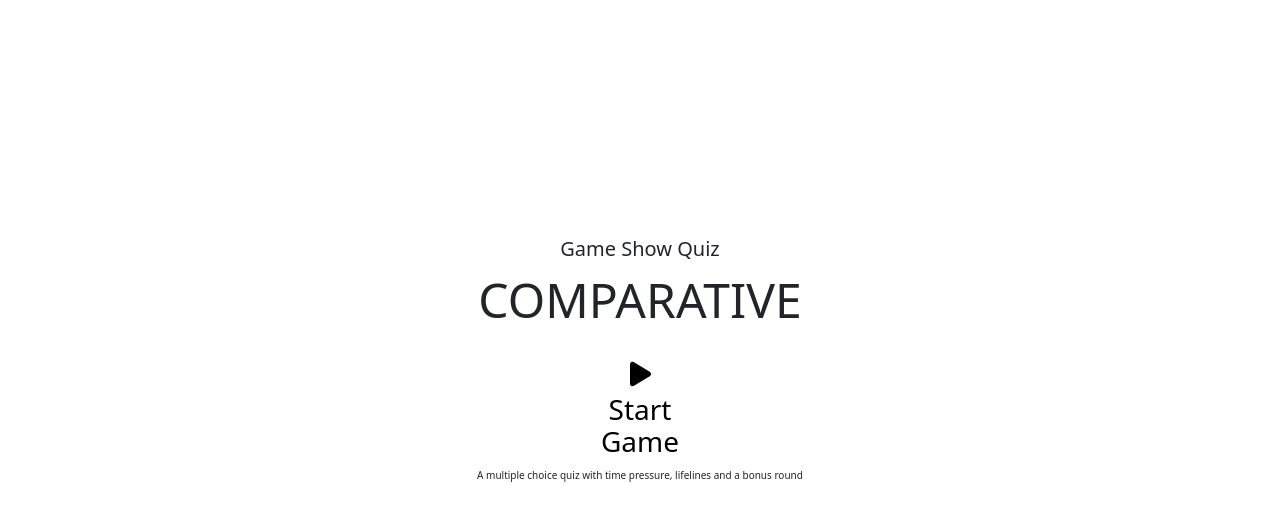
Repository: litaiqiang1407/comparative-gq
Page: /
An editor plug-in stored every save of this project. The page is shown before and after the next save, followed by the edit.
The browser window is 1280 px wide. The pictures show the whole page.
The project was rebuilt for these pictures with package versions that can differ from the ones it lists, and the page was loaded fresh each time. Also part of the build but not shown: vue.config.js.

Above is the page before, as saved 2024-06-20 19:48:52.

### public/index.html
<!DOCTYPE html>
<html lang="">
  <head>
    <meta charset="utf-8" />
    <meta http-equiv="X-UA-Compatible" content="IE=edge" />
    <meta name="viewport" content="width=device-width,initial-scale=1.0" />
    <link rel="icon" href="<%= BASE_URL %>favicon.ico" />
    <title>Comparative Game show Quiz</title>
  </head>
  <body>
    <div id="app"></div>
    <!-- built files will be auto injected -->
  </body>
</html>

### src/main.js
// main.js

import { createApp } from "vue";
import App from "./App.vue";
import router from "./router"; // Assuming you have set up router/index.js properly
import "bootstrap/dist/css/bootstrap.min.css";
import "bootstrap/dist/js/bootstrap.bundle.min.js";
import "bootstrap";

// Font Awesome imports
import { library } from "@fortawesome/fontawesome-svg-core";
import { FontAwesomeIcon } from "@fortawesome/vue-fontawesome";
import { fas } from "@fortawesome/free-solid-svg-icons";
import { far } from "@fortawesome/free-regular-svg-icons";
import { fab } from "@fortawesome/free-brands-svg-icons";

library.add(fas, far, fab);

const app = createApp(App);

// Register the FontAwesomeIcon component globally
app.component("font-awesome-icon", FontAwesomeIcon);

// Use Vue Router
app.use(router);

// Mount the app
app.mount("#app");

### src/App.vue
<template>
  <start-game v-if="status === 'start'" @onStart="onStart()" />
  <game-intro v-if="status === 'intro'" @onPlay="onPlay()" />
  <playing-game v-if="status === 'playing'" />
</template>

<script>
// Import
import StartGame from "./components/StartGame/StartGame.vue";
import GameIntro from "./components/PlayingGame/Intro/GameIntro.vue";
import PlayingGame from "./components/PlayingGame/PlayingGame.vue";

// Export
export default {
  name: "App",
  data() {
    return {
      status: "start",
    };
  },
  components: {
    StartGame,
    GameIntro,
    PlayingGame,
  },
  methods: {
    onStart() {
      this.status = "intro";
    },
    onPlay() {
      this.status = "playing";
    },
  },
};
</script>

// Scoped CSS
<style lang="scss">
.example {
  color: blue;
}
</style>

### src/router/index.js
// src/router/index.js

import { createRouter, createWebHistory } from "vue-router";
import StartGame from "../components/StartGame/StartGame.vue";
import PlayingGame from "../components/PlayingGame/PlayingGame.vue";
import GameIntro from "../components/PlayingGame/Intro/GameIntro.vue";

const routes = [
  { path: "/", component: StartGame },
  { path: "/intro", component: GameIntro },
  { path: "/playing", component: PlayingGame },
];

const router = createRouter({
  history: createWebHistory(),
  routes,
});

export default router;

### src/assets/styles/GlobalStyles.scss
@import "normalize.css";
@import url("https://fonts.googleapis.com/css2?family=Rubik:ital,wght@0,300..900;1,300..900&display=swap");

* {
  box-sizing: border-box;
}

html {
  font-size: 62.5%;
}

body {
  font-family: "Rubik", sans-serif;
  font-size: 1.6rem;
  line-height: 1.5;
  text-rendering: optimizeSpeed;
}

h1,
h2,
h3 {
  margin: 0;
}

### src/components/StartGame/StartGame.vue
<template>
  <div class="start">
    <div class="container">
      <h2 class="title">Game Show Quiz</h2>
      <h1 class="game-name">COMPARATIVE</h1>
      <button class="play-button" @click="onStart()">
        <font-awesome-icon :icon="['fas', 'play']" />
        <span>Start Game</span>
      </button>
      <div class="description">
        A multiple choice quiz with time pressure, lifelines and a bonus round
      </div>
    </div>
  </div>
</template>

<script>
import { FontAwesomeIcon } from "@fortawesome/vue-fontawesome";

export default {
  components: {
    FontAwesomeIcon,
  },
  methods: {
    onStart() {
      this.$emit("onStart");
    },
  },
};
</script>

<style lang="scss" scoped>
@import "./StartGame.scss";
</style>

### src/components/PlayingGame/Intro/GameIntro.vue
<template>
  <div class="game-intro">
    <h1>Welcome to the Game!</h1>
    <p>Get ready...</p>
  </div>
</template>

<script>
export default {
  name: "GameIntro",
  mounted() {
    setTimeout(() => {
      this.$emit("onPlay");
    }, 3000);
  },
};
</script>

<style lang="scss" scoped>
@import "./GameIntro.scss";
</style>

### src/components/PlayingGame/PlayingGame.vue
<template>
  <div class="playing-game">
    <h1>Playing Game...</h1>
    <!-- Game content here -->
  </div>
</template>

<script>
export default {
  name: "PlayingGame",
};
</script>

<style lang="scss" scoped>
.playing-game {
  text-align: center;
  h1 {
    color: #35495e;
  }
}
</style>

### src/components/StartGame/StartGame.scss
.start {
  display: flex;
  justify-content: center;
  align-items: center;
  height: 100vh;

  .container {
    width: 1020px;
    height: 540px;
    margin: 0 auto;
    display: flex;
    flex-direction: column;
    justify-content: center;
    align-items: center;
  }

  .title {
    font-size: 2rem;
    margin-bottom: 1rem;
  }

  .game-name {
    font-size: 4.8rem;
    margin-bottom: 2rem;
  }

  .play-button {
    height: 120px;
    width: 120px;
    display: flex;
    flex-direction: column;
    justify-content: center;
    align-items: center;
    border: none;
    background-color: transparent;
    cursor: pointer;

    svg {
      font-size: 2.8rem;
      margin-bottom: 0.5rem;
    }

    span {
      font-size: 2.8rem;
    }
  }
}

### src/components/PlayingGame/Intro/GameIntro.scss
.game-intro {
    display: flex;
    flex-direction: column;
    align-items: center;
    justify-content: center;
    height: 100vh;
    background-color: #f5f5f5;
    h1 {
      color: #35495e;
    }
    p {
      color: #42b983;
      font-size: 24px;
    }
  }

After the next save:
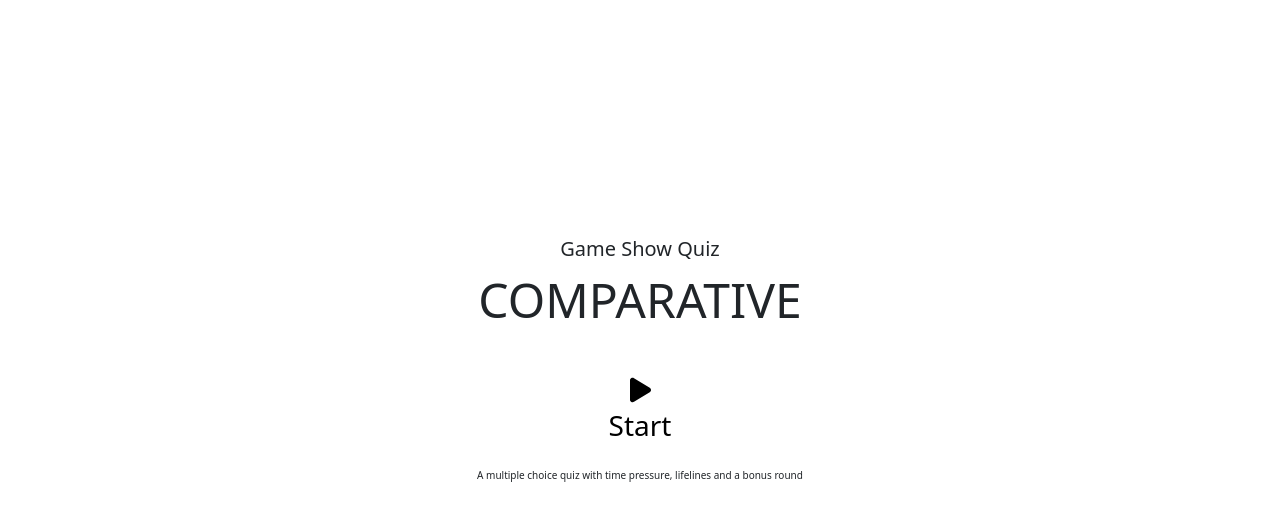
Saved 31 s later.
--- a/src/components/StartGame/StartGame.vue
+++ b/src/components/StartGame/StartGame.vue
@@ -5,7 +5,7 @@
       <h1 class="game-name">COMPARATIVE</h1>
       <button class="play-button" @click="onStart()">
         <font-awesome-icon :icon="['fas', 'play']" />
-        <span>Start Game</span>
+        <span class="button-title">Start</span>
       </button>
       <div class="description">
         A multiple choice quiz with time pressure, lifelines and a bonus round
